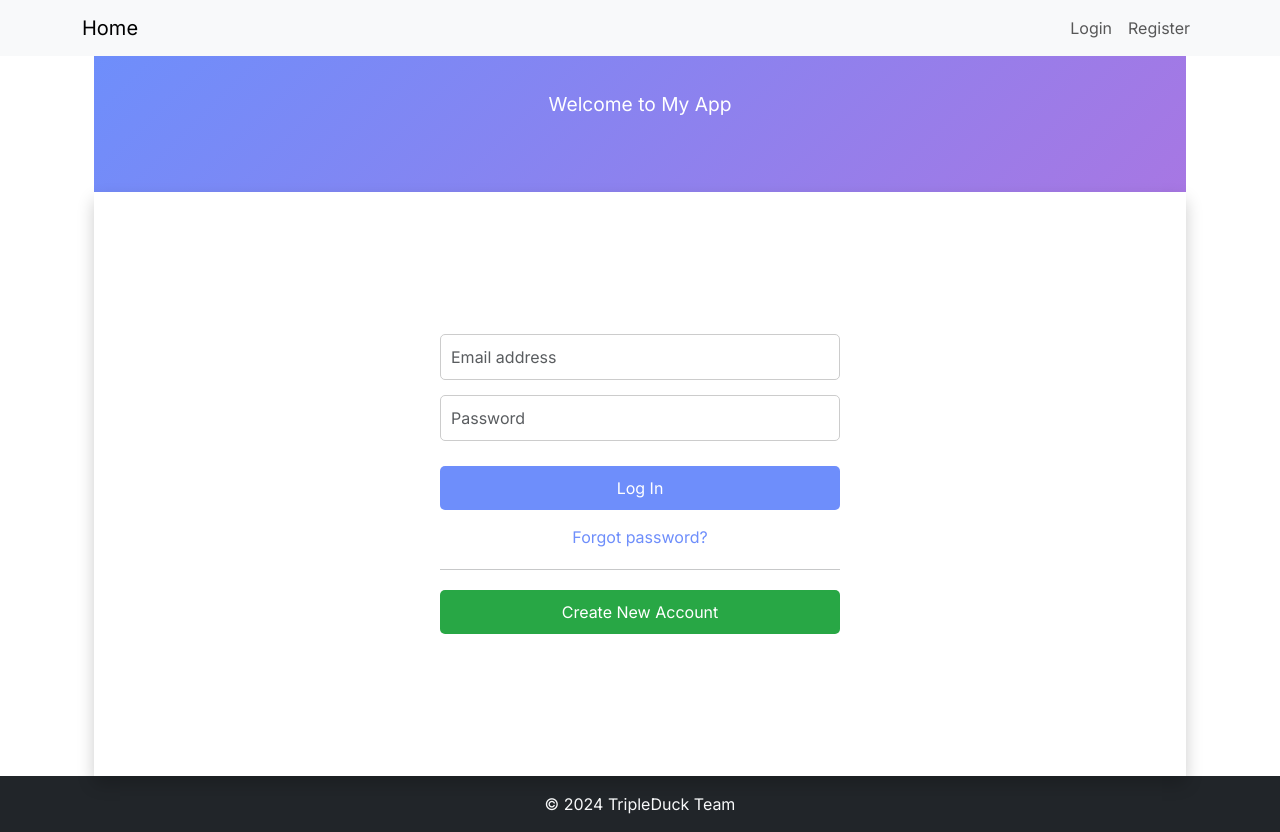
Repository: tdphong1293/KHDL01_DemoWebKafka
Page: /auth/login (app in Frontend_Client/)
An editor plug-in stored every save of this project. The page is shown before and after a run of saves, followed by the edit.
The browser window is 1280 px wide. The pictures show the whole page.
The project was rebuilt for these pictures with package versions that can differ from the ones it lists, and the page was loaded fresh each time. The framework's server and built-in components were replaced by stand-ins that run in the browser. Also part of the build but not shown: Frontend_Client/next.config.mjs.

Above is the page before, as saved 2024-07-21 20:44:32.

After the next 2 saves:
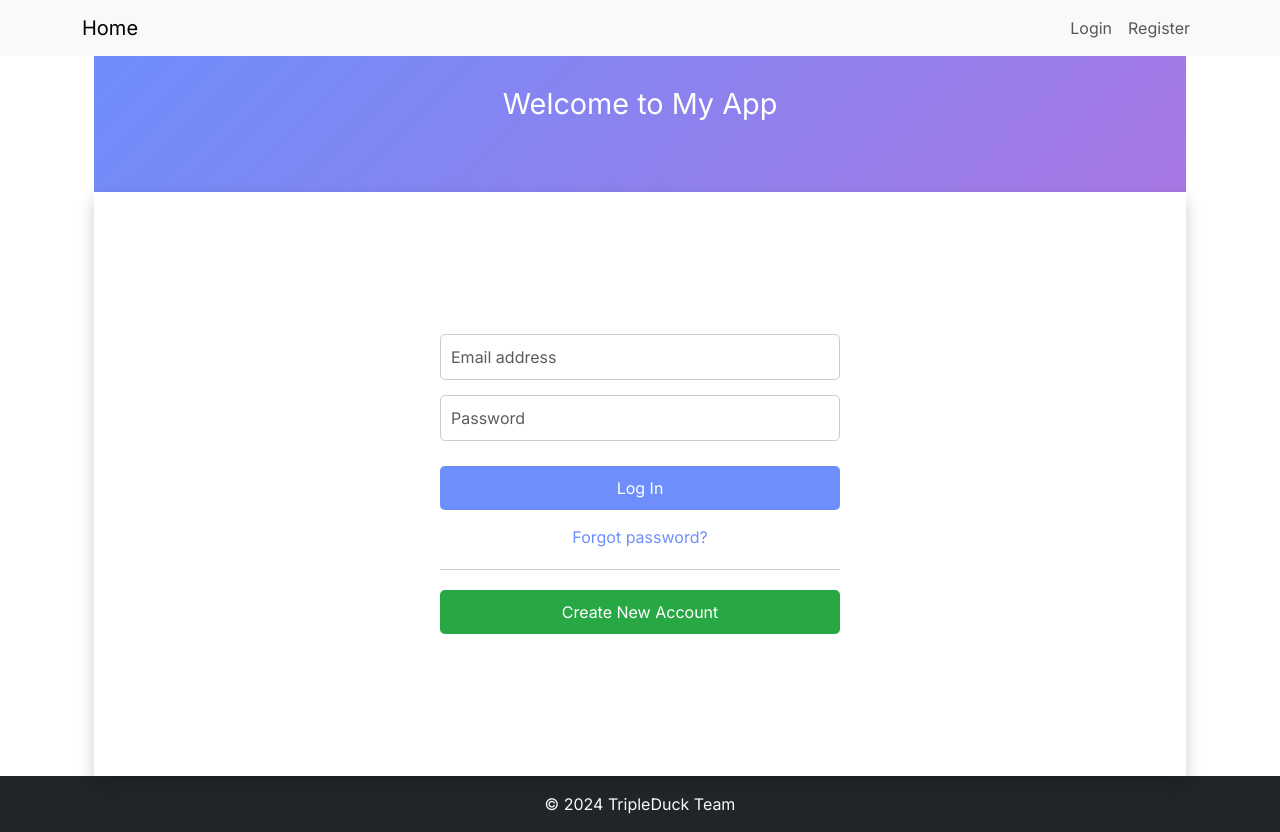
The 2 saves are shown as one change because they came seconds apart.
The last was saved 62 s later.
--- a/Frontend_Client/src/styles/page.module.css
+++ b/Frontend_Client/src/styles/page.module.css
@@ -264,7 +264,7 @@
 }
 
 .description {
-  font-size: 1.2rem;
+  font-size: 1.8rem;
   margin-bottom: 40px;
 }
 
